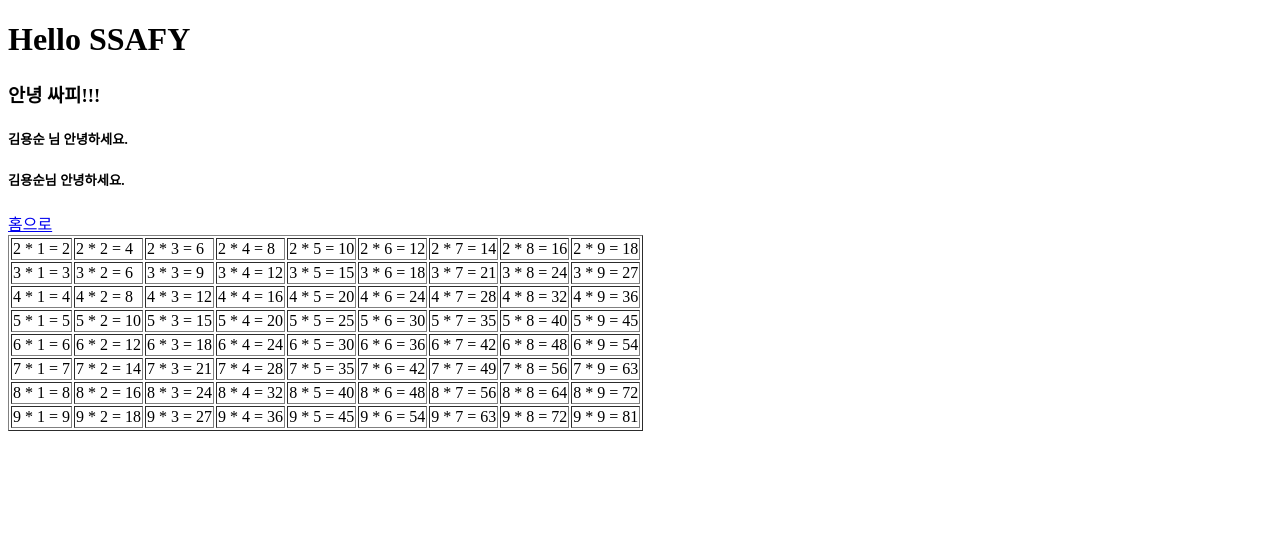
Repository: s00ngle/SSAFY-BE
Page: http://localhost/basic_jsp/hello.jsp
An editor plug-in stored every save of this project. The page is shown before and after the next save, followed by the edit.
The browser window is 1280 px wide. The pictures show the whole page.
The page is served by Tomcat 10.

Above is the page before, as saved 2024-09-24 01:43:29.

After the next save:
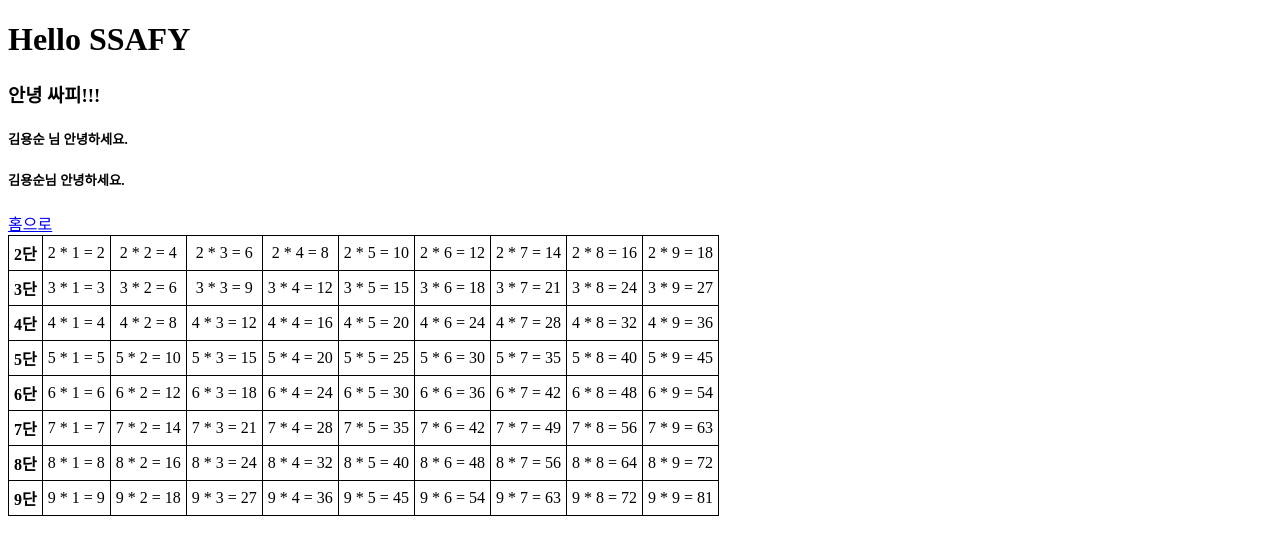
Saved 30 s later.
--- a/basic_jsp/src/main/webapp/hello.jsp
+++ b/basic_jsp/src/main/webapp/hello.jsp
@@ -9,7 +9,17 @@
 <html>
 <head>
 <meta charset="UTF-8">
-<title>Insert title here</title>
+<title>구구단</title>
+<style>
+    table {
+        border-collapse: collapse;
+    }
+    th, td {
+        border: 1px solid black;
+        padding: 5px;
+        text-align: center;
+    }
+</style>
 </head>
 <body>
 	<h1>Hello SSAFY</h1>
@@ -18,16 +28,18 @@
 	<h5><%= name %>님 안녕하세요.</h5>
 	<a href="/basic_jsp/index.jsp">홈으로</a></br>
 
-	<table border="1">
-	<%
-		for (int i = 2; i < 10; i++) {
-			out.println("<tr>");
-			for (int j = 1; j < 10; j++) {
-				out.println("<td>" + i + " * " + j + " = " + (i * j) + "</td>");
+	<table>
+		<%
+			// 구구단의 각 단을 세로로 출력
+			for (int i = 2; i < 10; i++) {
+				out.println("<tr>");
+				out.println("<th>" + i + "단</th>"); // 각 단 제목
+				for (int j = 1; j < 10; j++) {
+					out.println("<td>" + i + " * " + j + " = " + (i * j) + "</td>");
+				}
+				out.println("</tr>");
 			}
-			out.println("</tr>");
-		}
-	%>
+		%>
 	</table>
 </body>
 </html>

After the save that followed:
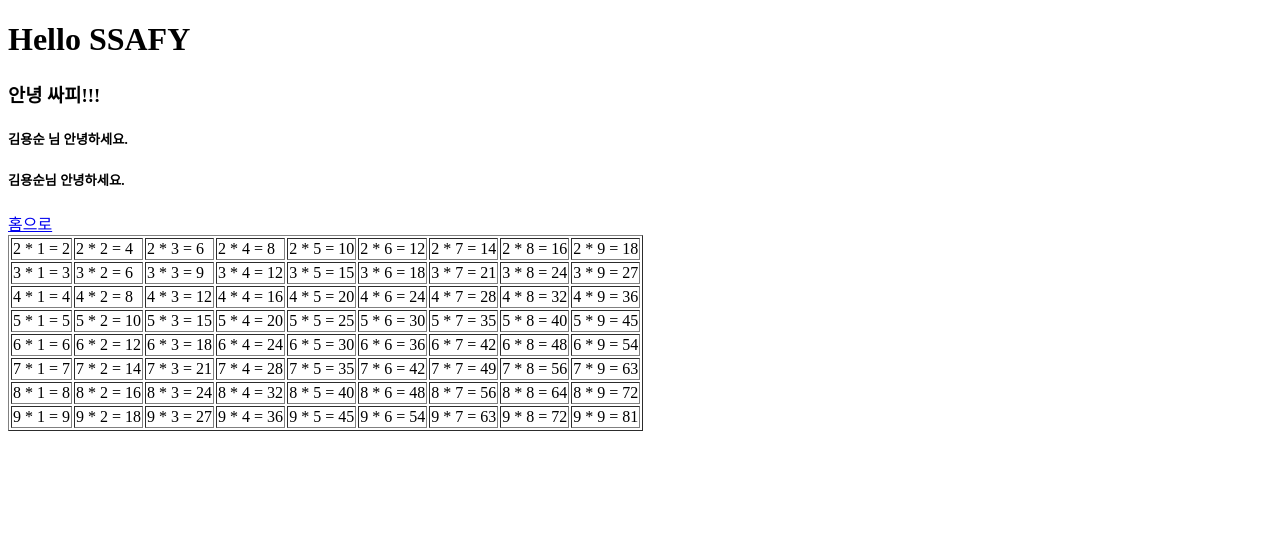
Saved 35 s later.
--- a/basic_jsp/src/main/webapp/hello.jsp
+++ b/basic_jsp/src/main/webapp/hello.jsp
@@ -9,17 +9,7 @@
 <html>
 <head>
 <meta charset="UTF-8">
-<title>구구단</title>
-<style>
-    table {
-        border-collapse: collapse;
-    }
-    th, td {
-        border: 1px solid black;
-        padding: 5px;
-        text-align: center;
-    }
-</style>
+<title>Insert title here</title>
 </head>
 <body>
 	<h1>Hello SSAFY</h1>
@@ -28,18 +18,16 @@
 	<h5><%= name %>님 안녕하세요.</h5>
 	<a href="/basic_jsp/index.jsp">홈으로</a></br>
 
-	<table>
-		<%
-			// 구구단의 각 단을 세로로 출력
-			for (int i = 2; i < 10; i++) {
-				out.println("<tr>");
-				out.println("<th>" + i + "단</th>"); // 각 단 제목
-				for (int j = 1; j < 10; j++) {
-					out.println("<td>" + i + " * " + j + " = " + (i * j) + "</td>");
-				}
-				out.println("</tr>");
+	<table border="1">
+	<%
+		for (int i = 2; i < 10; i++) {
+			out.println("<tr>");
+			for (int j = 1; j < 10; j++) {
+				out.println("<td>" + i + " * " + j + " = " + (i * j) + "</td>");
 			}
-		%>
+			out.println("</tr>");
+		}
+	%>
 	</table>
 </body>
 </html>
